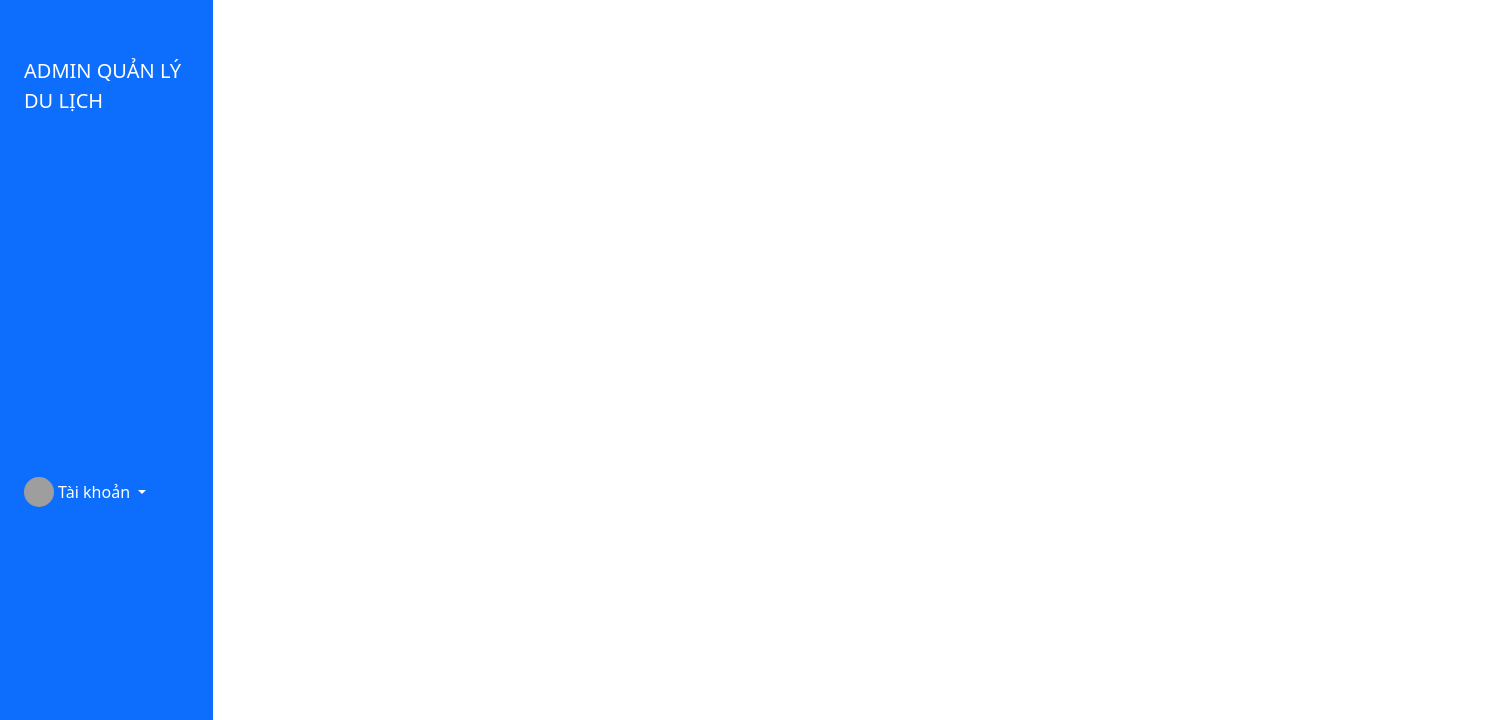
Repository: vantohuu/BOOKINGTOUR
Page: http://localhost/BOOKINGTOUR/WEB-INF/views/admin/admin.jsp
An editor plug-in stored every save of this project. The page is shown before and after the next save, followed by the edit.
The browser window is 1280 px wide. The page is 1493 px wide, so the pictures cover 1493 px, including what lies to the right of the window. The pictures show the whole page.
Pictures or frames that could not be fetched are drawn as grey boxes. Some web libraries are served in a nearby version. The page is served by Tomcat 9. Nobody is signed in. The template is opened directly, without the code that normally fills it, so the values that code supplies are empty.

Above is the page before, as saved 2023-05-04 13:02:26.

After the next save:
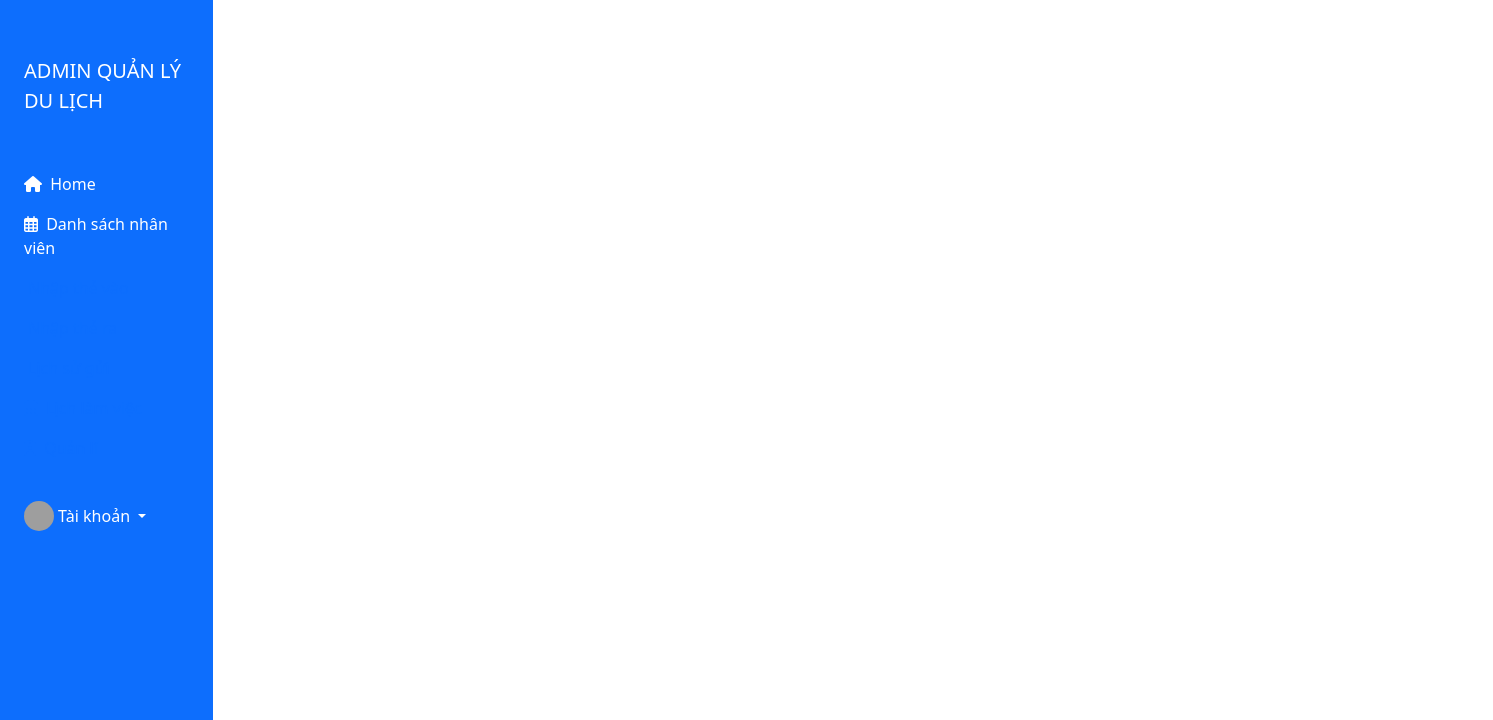
Saved 2 min 47 s later.
--- a/BOOKINGTOUR/src/main/webapp/WEB-INF/views/admin/admin.jsp
+++ b/BOOKINGTOUR/src/main/webapp/WEB-INF/views/admin/admin.jsp
@@ -21,15 +21,15 @@
                 </a>
                 <ul class="nav nav-pills flex-column mb-sm-auto mb-0 align-items-center align-items-sm-start " id="menu">
                     <li class="nav-item">
-                        <a href="home.htm" class="nav-link align-middle px-0">
+                        <a href="home.htm" class="nav-link text-white align-middle px-0">
                            <i class="fa-solid fa-house"></i>
                             <span class="ms-1 d-none d-sm-inline">Home</span>
                         </a>
                     </li>
                     <li>
-                        <a href="#submenu1" data-bs-toggle="collapse" class="nav-link px-0 align-middle">
-                             <i class="fa-solid fa-keyboard"></i>
-                             <span class="ms-1 d-none d-sm-inline">Gửi xe</span>
+                        <a href="#submenu1" data-bs-toggle="collapse" class="nav-link px-0 text-white align-middle">
+                             <i class="fa-regular fa-calendar-days"></i>
+                             <span class="ms-1 d-none d-sm-inline">Danh sách nhân viên</span>
                         </a>
                         <ul class="collapse show nav flex-column ms-1" id="submenu1" data-bs-parent="#menu">
                             <li class="w-100">
